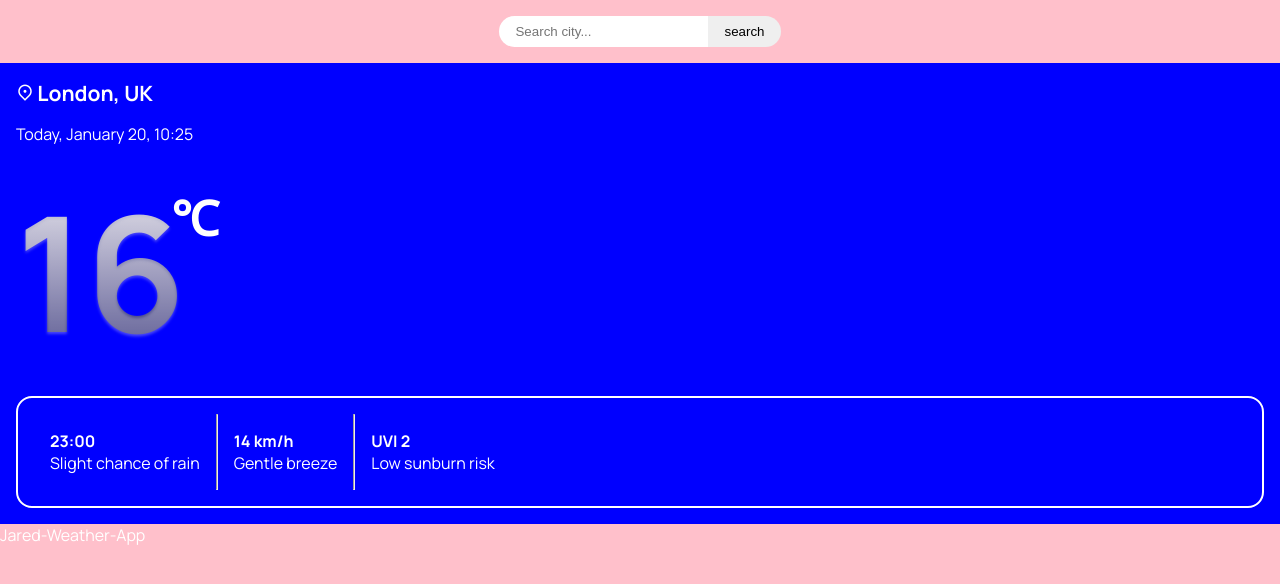
Repository: EguJaredoBoyd/Jared-Weather-App
Page: main.html
These files come from the project's save history. The page is drawn as it stood at one moment and after the next save; the edit follows.
The browser window is 1280 px wide. The pictures show the whole page.
Some web libraries are served in a nearby version.

Above is the page before, as saved 2026-01-23 22:14:23.

After the next save:
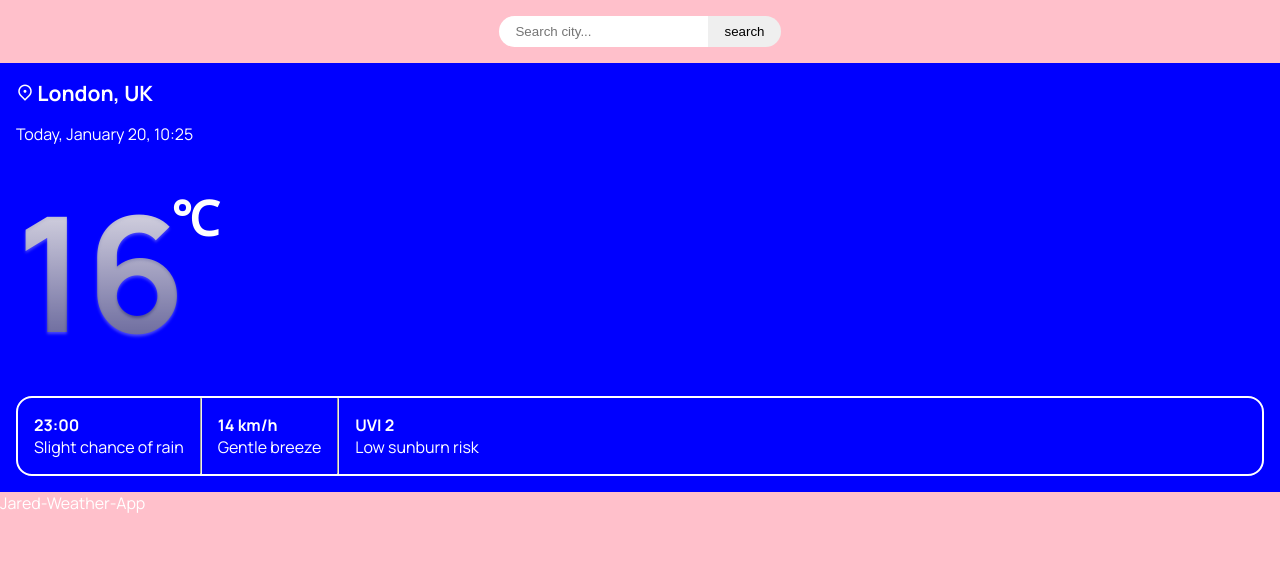
Saved 25 s later.
--- a/css/styles.css
+++ b/css/styles.css
@@ -96,7 +96,6 @@
   display: flex;
   border: 2px solid white;
   border-radius: 1rem;
-  padding: 1rem;
 }
 
 .forecast-item {

After the save that followed:
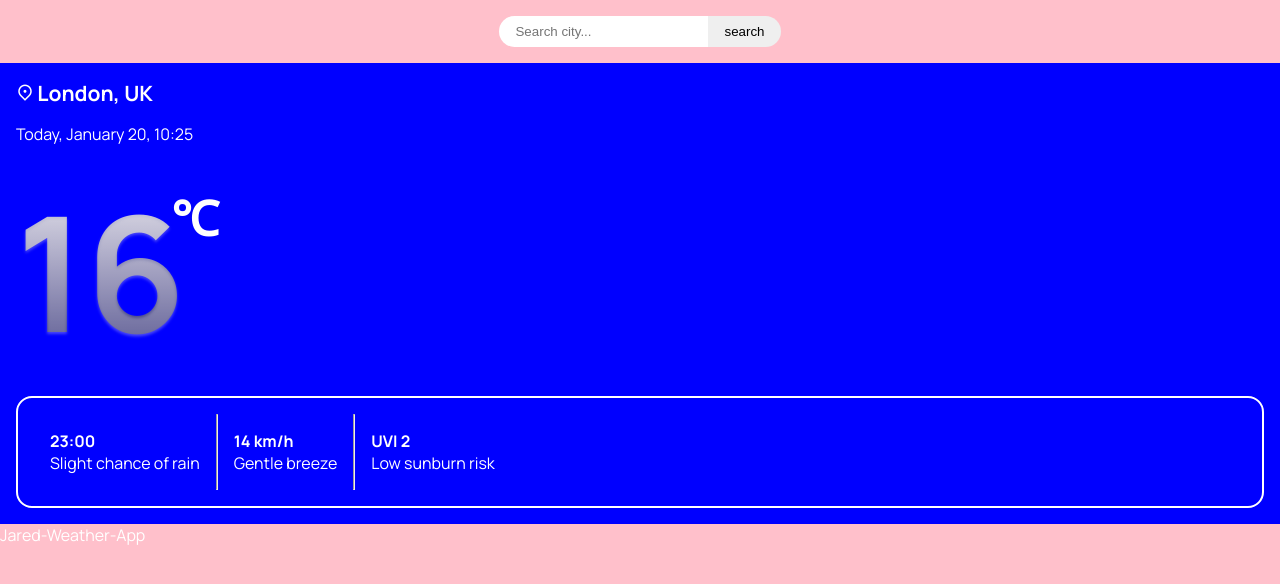
Saved 12 s later.
--- a/css/styles.css
+++ b/css/styles.css
@@ -96,6 +96,7 @@
   display: flex;
   border: 2px solid white;
   border-radius: 1rem;
+  padding: 1rem;
 }
 
 .forecast-item {
